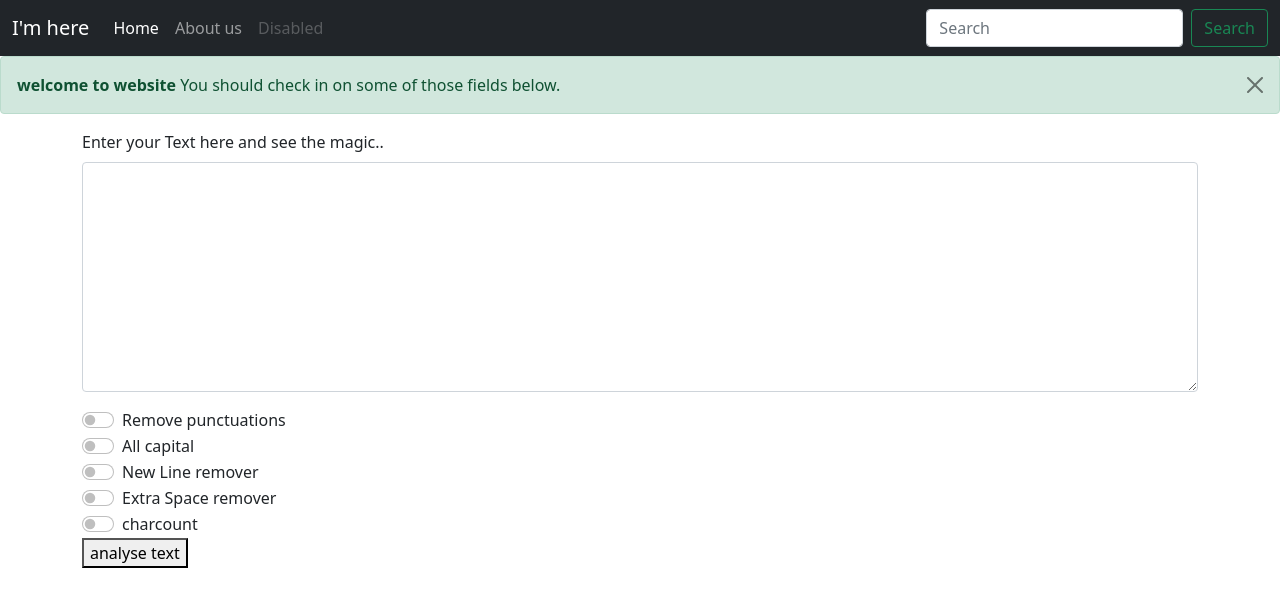
Repository: ritikalohia/Django-beginners-
Page: textutiles/templates/index.html
These files come from the project's save history. The page is drawn as it stood at one moment and after the next save; the edit follows.
The browser window is 1280 px wide. The pictures show the whole page.

Above is the page before, as saved 2021-05-22 20:12:52.

After the next save:
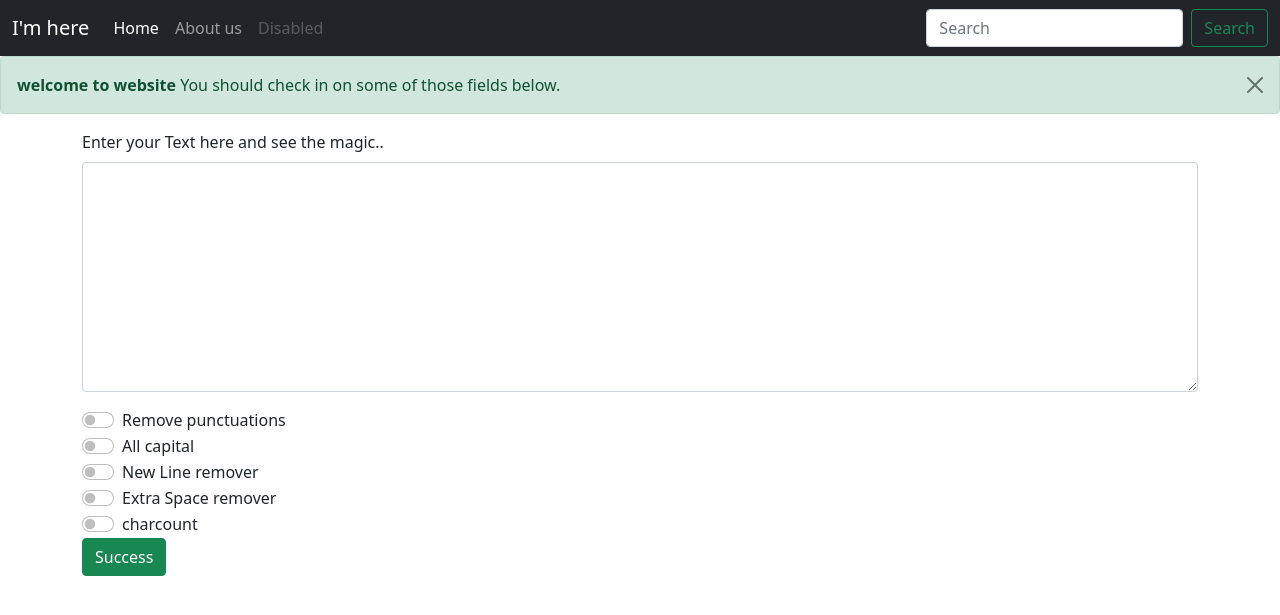
Saved 110 s later.
--- a/textutiles/templates/index.html
+++ b/textutiles/templates/index.html
@@ -70,7 +70,7 @@
             <label class="form-check-label" for="customSwitch5">charcount</label>
         </div>
 
-        <button type='submit'>analyse text</button>
+        <button type="button" class="btn btn-success">Success</button>
     </div>
 
     <!-- Optional JavaScript; choose one of the two! -->
